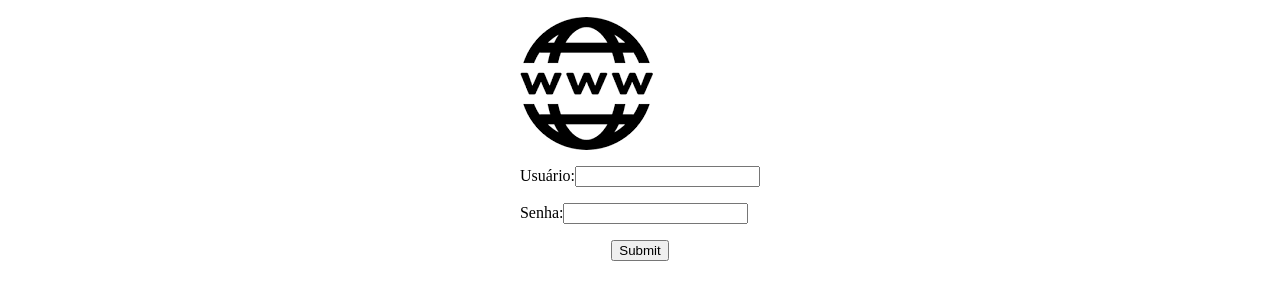
Repository: leonerdy-666/Estudos
Page: http://localhost/JavaWeb/Site.jsp
These files come from the project's save history. The page is drawn as it stood at one moment and after the next save; the edit follows.
The browser window is 1280 px wide. The pictures show the whole page.
The page is served by Tomcat 9.

Above is the page before, as saved 2023-04-10 23:22:37.

### Udemy/Projeto/JavaWeb/src/main/webapp/Site.jsp
<%@ page language="java" contentType="text/html; charset=ISO-8859-1"
	pageEncoding="ISO-8859-1"%>
<!DOCTYPE html PUBLIC "-//W3C//DTD HTML 4.01 Transitional//EN" "http://www.w3.org/TR/html4/loose.dtd">
<html>
<head>
<meta http-equiv="Content-Type" content="text/html; charset=ISO-8859-1">
<title>Site</title>
</head>
<body>
	<form action="">
		<table cellpadding="7" align="center">

			<tr>
				<td><img src="imagens/logo.png"></td>
			</tr>

			<tr>
				<td>Usuário:<input type="text" name="txtUsuario" /></td>
			</tr>
			<tr>
				<td>Senha:<input type="text" name="txtSenha" /></td>
			</tr>
			<tr>
				<td colspan="2" align="center"><input type="submit"></td>
			</tr>
		</table>
	</form>
</body>
</html>

After the next save:
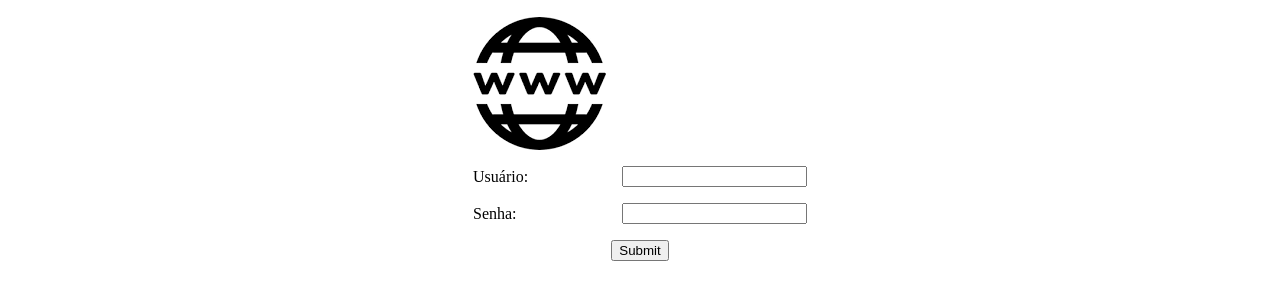
Saved 10 s later.
--- a/Udemy/Projeto/JavaWeb/src/main/webapp/Site.jsp
+++ b/Udemy/Projeto/JavaWeb/src/main/webapp/Site.jsp
@@ -15,10 +15,12 @@
 			</tr>
 
 			<tr>
-				<td>Usuário:<input type="text" name="txtUsuario" /></td>
+				<td>Usuário:</td>
+				<td><input type="text" name="txtUsuario" /></td>
 			</tr>
 			<tr>
-				<td>Senha:<input type="text" name="txtSenha" /></td>
+				<td>Senha:</td>
+				<td><input type="text" name="txtSenha" /></td>
 			</tr>
 			<tr>
 				<td colspan="2" align="center"><input type="submit"></td>
